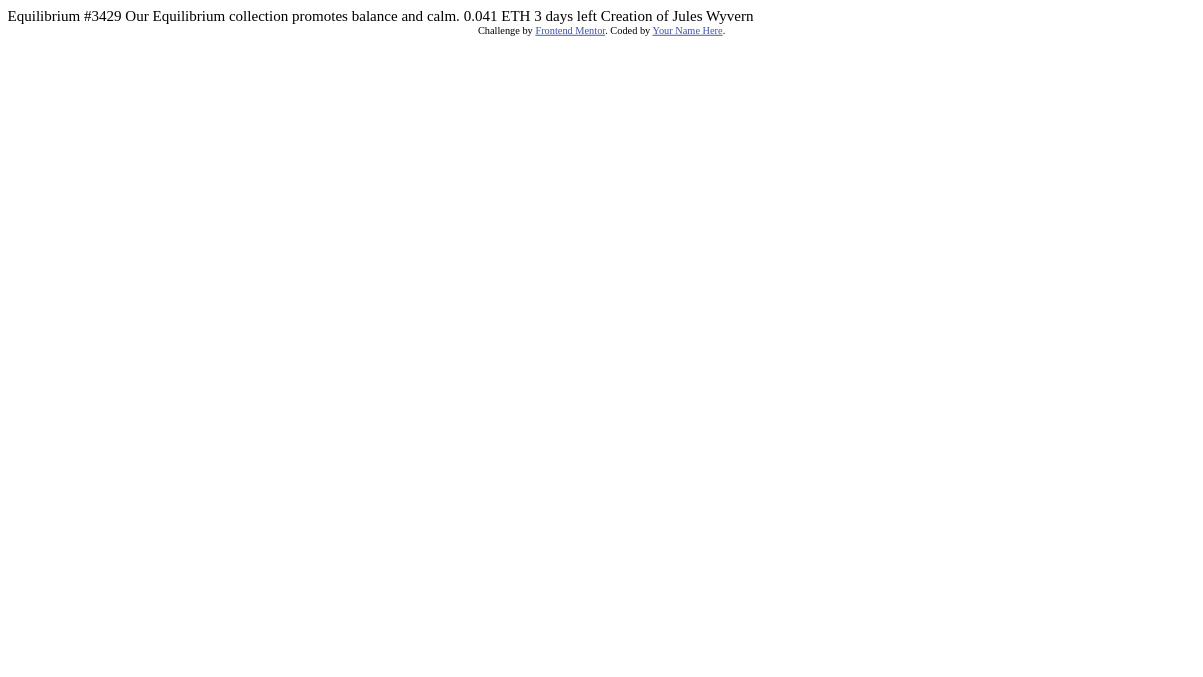
Repository: superZXMzzl/FrontendMentor
Page: nft-preview-card-component-main/index.html
An editor plug-in stored every save of this project. The page is shown before and after the next save, followed by the edit.
The browser window is 1280 px wide. The pictures show the whole page, at 94% of full size.

Above is the page before, as saved 2022-05-09 22:13:41.

### nft-preview-card-component-main/index.html
<!DOCTYPE html>
<html lang="en">
<head>
  <meta charset="UTF-8">
  <meta name="viewport" content="width=device-width, initial-scale=1.0"> <!-- displays site properly based on user's device -->

  <link rel="icon" type="image/png" sizes="32x32" href="./images/favicon-32x32.png">

  <title>Frontend Mentor | NFT preview card component</title>

  <!-- Feel free to remove these styles or customise in your own stylesheet 👍 -->
  <style>
    .attribution { font-size: 11px; text-align: center; }
    .attribution a { color: hsl(228, 45%, 44%); }
  </style>
</head>
<body>

  Equilibrium #3429

  Our Equilibrium collection promotes balance and calm.

  0.041 ETH
  3 days left

  Creation of Jules Wyvern

  <div class="attribution">
    Challenge by <a href="https://www.frontendmentor.io?ref=challenge" target="_blank">Frontend Mentor</a>.
    Coded by <a href="#">Your Name Here</a>.
  </div>
</body>
</html>

After the next save:
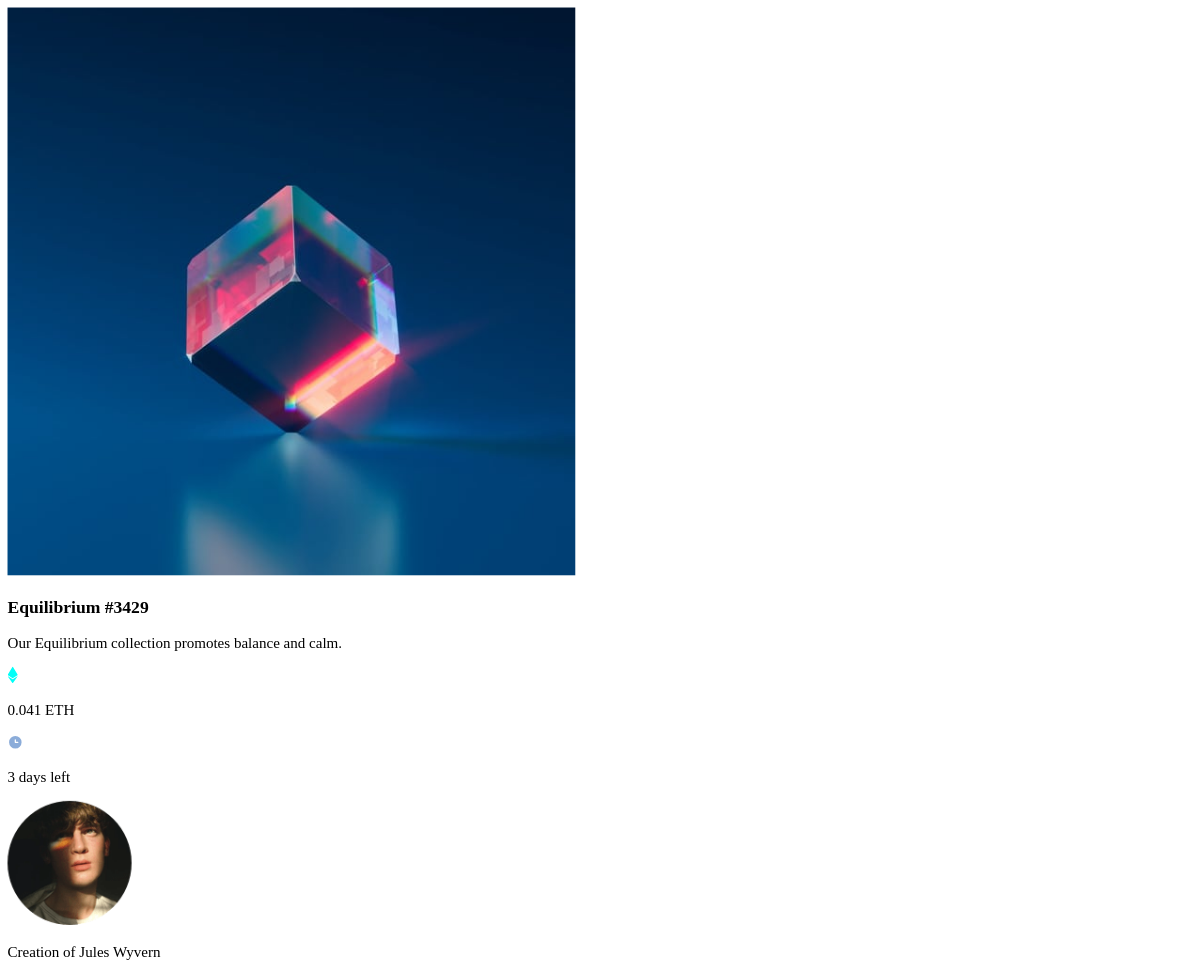
Saved 10 min 46 s later.
--- a/nft-preview-card-component-main/index.html
+++ b/nft-preview-card-component-main/index.html
@@ -7,27 +7,30 @@
   <link rel="icon" type="image/png" sizes="32x32" href="./images/favicon-32x32.png">
 
   <title>Frontend Mentor | NFT preview card component</title>
-
-  <!-- Feel free to remove these styles or customise in your own stylesheet 👍 -->
-  <style>
-    .attribution { font-size: 11px; text-align: center; }
-    .attribution a { color: hsl(228, 45%, 44%); }
-  </style>
 </head>
 <body>
 
-  Equilibrium #3429
-
-  Our Equilibrium collection promotes balance and calm.
-
-  0.041 ETH
-  3 days left
-
-  Creation of Jules Wyvern
-
-  <div class="attribution">
-    Challenge by <a href="https://www.frontendmentor.io?ref=challenge" target="_blank">Frontend Mentor</a>.
-    Coded by <a href="#">Your Name Here</a>.
+  <div class="container">
+    <img src="./images/image-equilibrium.jpg" class="image">
+    <div class="textBox">
+      <h3 class="title">Equilibrium #3429</h3>
+      <p class="description">Our Equilibrium collection promotes balance and calm.</p>
+      <div class="iconBox">
+        <div class="iconUnit">
+          <img src="./images/icon-ethereum.svg">
+          <p class="iconText1">0.041 ETH</p>
+        </div>
+        <div class="iconUnit">
+          <img src="./images/icon-clock.svg">
+          <p class="iconText2">3 days left</p>
+        </div>
+      </div>
+      <div class="line"></div>
+      <div class="footerBox">
+        <img src="./images/image-avatar.png" class="avatar">
+        <p class="footer">Creation of Jules Wyvern</p>
+      </div>
+    </div>
   </div>
 </body>
 </html>
